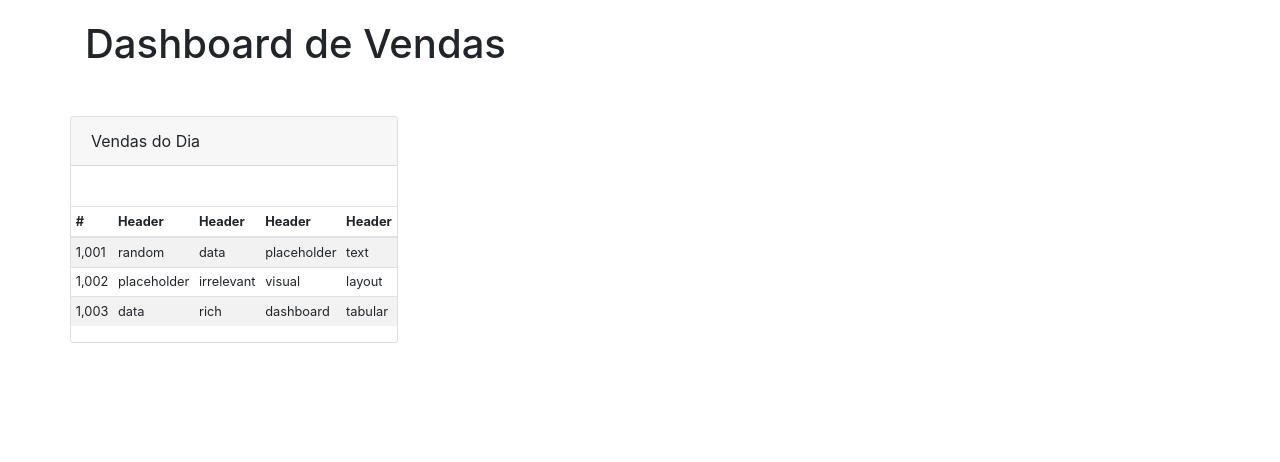
Repository: joaobatistafrontend/vendas_produto
Page: templates/detalhesDias.html
An editor plug-in stored every save of this project. The page is shown before and after the next save, followed by the edit.
The browser window is 1280 px wide. The pictures show the whole page.
The template is drawn by Django 5.2. The application's start-up code is not run. Other server files are loaded and not shown. The template is opened directly, without the code that normally fills it, so the values that code supplies are empty.

Above is the page before, as saved 2024-08-04 16:35:03.

### templates/detalhesDias.html
<!DOCTYPE html>
<html lang="en">

<head>
    <meta charset="UTF-8">
    <meta name="viewport" content="width=device-width, initial-scale=1.0">
    <title>Vendas diaria</title>

    <link rel="stylesheet" href="https://stackpath.bootstrapcdn.com/bootstrap/4.5.2/css/bootstrap.min.css">
    <style>
        body {
            padding: 20px;
        }

        .card {
            margin-bottom: 20px;
        }
    </style>
</head>

<body>

    <div class="container">
        <h1 class="mb-4">Dashboard de Vendas</h1>

        <div class="row">

            <div class="card mt-4">
                <div class="card-header">Vendas do Dia {{ total_dia }}</div>
                <div class="card-body">
                    <ul class="list-group">

                        {% for venda in vendas_dia %}
                            <li class="list-group-item list-group-item-secondary">{{venda.produto.tipo_categoria}}- {{venda.produto.nome_produto}} - {{venda.qtd}} - {{venda.total}}</li>
                        {% endfor %}
                    </ul>
                </div>
                <div class="table-responsive small">
                    <table class="table table-striped table-sm">
                      <thead>
                        <tr>
                          <th scope="col">#</th>
                          <th scope="col">Header</th>
                          <th scope="col">Header</th>
                          <th scope="col">Header</th>
                          <th scope="col">Header</th>
                        </tr>
                      </thead>
                      <tbody>
                        <tr>
                          <td>1,001</td>
                          <td>random</td>
                          <td>data</td>
                          <td>placeholder</td>
                          <td>text</td>
                        </tr>
                        <tr>
                          <td>1,002</td>
                          <td>placeholder</td>
                          <td>irrelevant</td>
                          <td>visual</td>
                          <td>layout</td>
                        </tr>
                        <tr>
                          <td>1,003</td>
                          <td>data</td>
                          <td>rich</td>
                          <td>dashboard</td>
                          <td>tabular</td>
                        </tr>
                      </tbody>
                    </table>
                  </div>
            </div>



        </div>
    </div>
            <script src="https://code.jquery.com/jquery-3.5.1.slim.min.js"></script>
            <script src="https://cdn.jsdelivr.net/npm/@popperjs/core@2.11.6/dist/umd/popper.min.js"></script>
            <script src="https://stackpath.bootstrapcdn.com/bootstrap/4.5.2/js/bootstrap.min.js"></script>
</body>

</html>

After the next save:
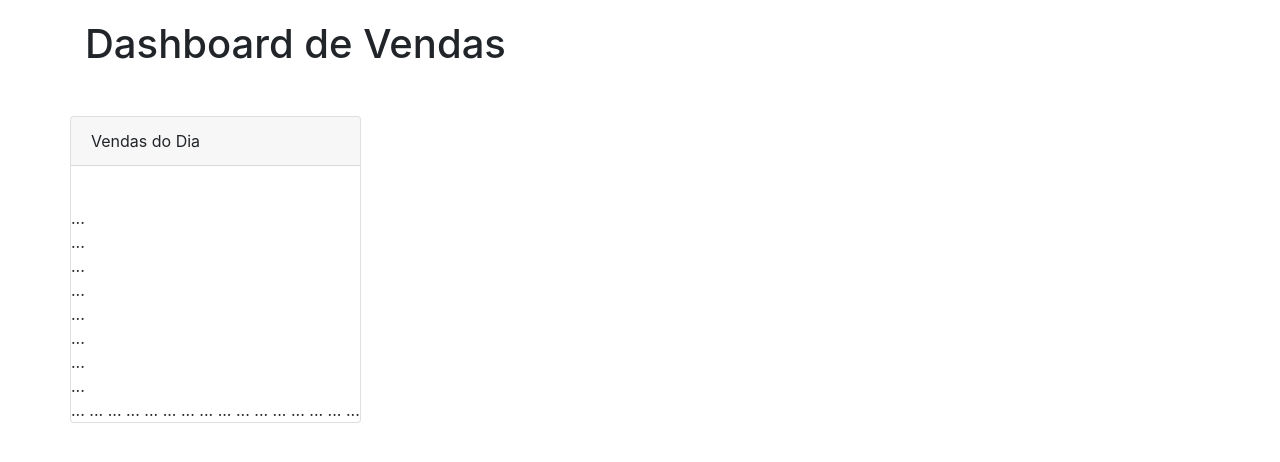
Saved 81 s later.
--- a/templates/detalhesDias.html
+++ b/templates/detalhesDias.html
@@ -35,42 +35,38 @@
                         {% endfor %}
                     </ul>
                 </div>
-                <div class="table-responsive small">
-                    <table class="table table-striped table-sm">
-                      <thead>
-                        <tr>
-                          <th scope="col">#</th>
-                          <th scope="col">Header</th>
-                          <th scope="col">Header</th>
-                          <th scope="col">Header</th>
-                          <th scope="col">Header</th>
-                        </tr>
-                      </thead>
-                      <tbody>
-                        <tr>
-                          <td>1,001</td>
-                          <td>random</td>
-                          <td>data</td>
-                          <td>placeholder</td>
-                          <td>text</td>
-                        </tr>
-                        <tr>
-                          <td>1,002</td>
-                          <td>placeholder</td>
-                          <td>irrelevant</td>
-                          <td>visual</td>
-                          <td>layout</td>
-                        </tr>
-                        <tr>
-                          <td>1,003</td>
-                          <td>data</td>
-                          <td>rich</td>
-                          <td>dashboard</td>
-                          <td>tabular</td>
-                        </tr>
-                      </tbody>
-                    </table>
-                  </div>
+
+                <!-- On tables -->
+<table class="table-primary">...</table>
+<table class="table-secondary">...</table>
+<table class="table-success">...</table>
+<table class="table-danger">...</table>
+<table class="table-warning">...</table>
+<table class="table-info">...</table>
+<table class="table-light">...</table>
+<table class="table-dark">...</table>
+
+<!-- On rows -->
+<tr class="table-primary">...</tr>
+<tr class="table-secondary">...</tr>
+<tr class="table-success">...</tr>
+<tr class="table-danger">...</tr>
+<tr class="table-warning">...</tr>
+<tr class="table-info">...</tr>
+<tr class="table-light">...</tr>
+<tr class="table-dark">...</tr>
+
+<!-- On cells (`td` or `th`) -->
+<tr>
+  <td class="table-primary">...</td>
+  <td class="table-secondary">...</td>
+  <td class="table-success">...</td>
+  <td class="table-danger">...</td>
+  <td class="table-warning">...</td>
+  <td class="table-info">...</td>
+  <td class="table-light">...</td>
+  <td class="table-dark">...</td>
+</tr>
             </div>
 
 
